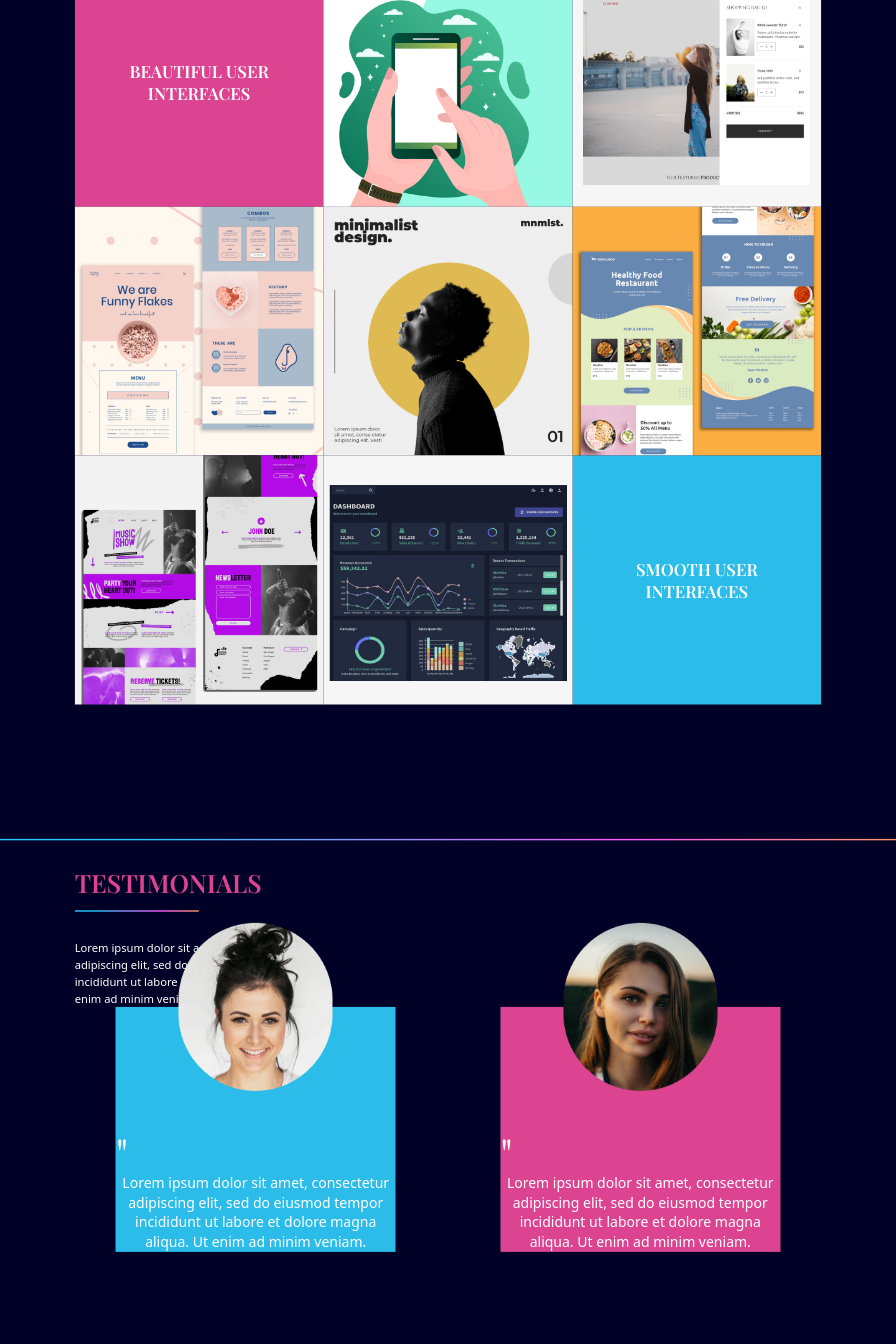
Repository: thibaultNicolas/portfolio-react
Page: /
These files come from the project's save history. The page is drawn as it stood at one moment and after a run of saves; the edit follows.
The browser window is 1280 px wide. The pictures show the part of the page from y = 2039 to 3959 px (the page is 3959 px tall), at 70% of full size.
The project was rebuilt for these pictures with package versions that can differ from the ones it lists, and the page was loaded fresh each time. Also part of the build but not shown: next.config.ts.

Above is the page before, as saved 2023-01-08 12:03:10.

### public/index.html
<!DOCTYPE html>
<html lang="en">

<head>
  <meta charset="utf-8" />
  <link rel="icon" href="%PUBLIC_URL%/favicon.ico" />
  <meta name="viewport" content="width=device-width, initial-scale=1" />
  <meta name="theme-color" content="#000000" />
  <meta name="description" content="Web site created using create-react-app" />
  <link rel="apple-touch-icon" href="%PUBLIC_URL%/logo192.png" />
  <!--
      manifest.json provides metadata used when your web app is installed on a
      user's mobile device or desktop. See https://developers.google.com/web/fundamentals/web-app-manifest/
    -->
  <link rel="manifest" href="%PUBLIC_URL%/manifest.json" />
  <!--
      Notice the use of %PUBLIC_URL% in the tags above.
      It will be replaced with the URL of the `public` folder during the build.
      Only files inside the `public` folder can be referenced from the HTML.

      Unlike "/favicon.ico" or "favicon.ico", "%PUBLIC_URL%/favicon.ico" will
      work correctly both with client-side routing and a non-root public URL.
      Learn how to configure a non-root public URL by running `npm run build`.
    -->
  <title>React App</title>
  <link href="/public/output.css" rel="stylesheet">
</head>

<body>
  <noscript>You need to enable JavaScript to run this app.</noscript>
  <div id="root"></div>
  <!--
      This HTML file is a template.
      If you open it directly in the browser, you will see an empty page.

      You can add webfonts, meta tags, or analytics to this file.
      The build step will place the bundled scripts into the <body> tag.

      To begin the development, run `npm start` or `yarn start`.
      To create a production bundle, use `npm run build` or `yarn build`.
    -->
</body>

</html>

### src/index.css
@import url('https://fonts.googleapis.com/css2?family=Open+Sans:wght@400;600&family=Playfair+Display:wght@400;600&display=swap');

@tailwind base;
@tailwind components;
@tailwind utilities;

html,
body,
#root,
.app{
    height: 100%;
    background-color: #010026;
    @apply text-white;
}

### src/scenes/Navbar.jsx
import { useState } from 'react';
import AnchorLink from 'react-anchor-link-smooth-scroll';
import useMediaQuery from '../hooks/useMediaQuery';

const Link = ({ page, selectedPage, setSelectedPage }) => {
    const lowerCasePage = page.toLowerCase();
    return (
        <AnchorLink
            className={`${selectedPage === lowerCasePage ? 'text-yellow' : ''}
            hover:text-yellow transition duration-500`}
            href={`#${lowerCasePage}`}
            onClick={() => setSelectedPage(lowerCasePage)}
        >
            {page}
        </AnchorLink>
    );
};

const Navbar = ({ isTopOfPage, selectedPage, setSelectedPage }) => {
    const [isMenuToggled, setIsMenuToggled] = useState(false);
    const isAboveSmallScreens = useMediaQuery('(min-width:768px)');
    const navbarBackground = isTopOfPage ? "" : "bg-red";

    return (
        <nav className={`${navbarBackground} z-40 w-full fixed top-0 py-6`}>
            <div className="flex items-center justify-between mx-auto w-5/6">
                <h4 className="font-playfair text-3xl font-bold">NT</h4>

                {/* DESKTOP NAV */}
                {isAboveSmallScreens ? (
                    <div className="flex justify-between gap-16 font-openSans txt-sm font-semibold">
                        <Link
                            page="Home"
                            selectedPage={selectedPage}
                            setSelectedPage={setSelectedPage}
                        />
                        <Link
                            page="Skills"
                            selectedPage={selectedPage}
                            setSelectedPage={setSelectedPage}
                        />
                        <Link
                            page="Projects"
                            selectedPage={selectedPage}
                            setSelectedPage={setSelectedPage}
                        />
                        <Link
                            page="Testimonials"
                            selectedPage={selectedPage}
                            setSelectedPage={setSelectedPage}
                        />
                        <Link
                            page="Contact"
                            selectedPage={selectedPage}
                            setSelectedPage={setSelectedPage}
                        />
                    </div>
                ) : (
                    <button
                        className="rounded-full bg-red p-2"
                        onClick={() => setIsMenuToggled(!isMenuToggled)}
                    >
                        <img src="../assets/menu-icon.svg" alt="menu-icon" />
                    </button>
                )}

                {/* MOBILE MENU POPUP */}
                {!isAboveSmallScreens && isMenuToggled && (
                    <div className="fixed right-0 bottom-0 h-full bg-blue w-[300px]">
                        {/* CLOSE ICON */}
                        <div className="flex justify-end p-12">
                            <button
                                onClick={() => setIsMenuToggled(!isMenuToggled)}
                            >
                                <img
                                    src="../assets/close-icon.svg"
                                    alt="close-icon"
                                />
                            </button>
                        </div>
                        {/* MENU ITEMS */}
                        <div className="flex flex-col gap-10 ml-[33%] text-2xl text-deep-blue">
                            <Link
                                page="Home"
                                selectedPage={selectedPage}
                                setSelectedPage={setSelectedPage}
                            />
                            <Link
                                page="Skills"
                                selectedPage={selectedPage}
                                setSelectedPage={setSelectedPage}
                            />
                            <Link
                                page="Projects"
                                selectedPage={selectedPage}
                                setSelectedPage={setSelectedPage}
                            />
                            <Link
                                page="Testimonials"
                                selectedPage={selectedPage}
                                setSelectedPage={setSelectedPage}
                            />
                            <Link
                                page="Contact"
                                selectedPage={selectedPage}
                                setSelectedPage={setSelectedPage}
                            />
                        </div>
                    </div>
                )}
            </div>
        </nav>
    );
};

export default Navbar;

### src/scenes/DotGroup.jsx
import AnchorLink from 'react-anchor-link-smooth-scroll';
const DotGroup = ({ selectedPage, setSelectedPage }) => {
    const selectedStyles = `relative bg-yellow before:absolute before:w-6 before:h-6
    before:rounded-full before:border-2 before:border-yellow before:left-[-50%]
    before:top-[-50%]`;
    return (
        <div className="flex flex-col gap-6 fixed top-[60%] right-7">
            <AnchorLink
                className={`${selectedPage === 'home' ? selectedStyles : 'bg-dark-grey'}
            w-3 h-3 rounded-full`}
                href="#home"
                onClick={() => setSelectedPage('home')}
            />
            <AnchorLink
                className={`${selectedPage === 'skills' ? selectedStyles : 'bg-dark-grey'}
            w-3 h-3 rounded-full`}
                href="#skills"
                onClick={() => setSelectedPage('skills')}
            />
            <AnchorLink
                className={`${selectedPage === 'projects' ? selectedStyles : 'bg-dark-grey'}
            w-3 h-3 rounded-full`}
                href="#projects"
                onClick={() => setSelectedPage('projects')}
            />
            <AnchorLink
                className={`${selectedPage === 'testimonials' ? selectedStyles : 'bg-dark-grey'}
            w-3 h-3 rounded-full`}
                href="#testimonials"
                onClick={() => setSelectedPage('testimonials')}
            />
            <AnchorLink
                className={`${selectedPage === 'contact' ? selectedStyles : 'bg-dark-grey'}
            w-3 h-3 rounded-full`}
                href="#contact"
                onClick={() => setSelectedPage('contact')}
            />
        </div>
    );
};
export default DotGroup;

### src/scenes/Projects.jsx
import LineGradient from '../components/LineGradient';
import useMediaQuery from '../hooks/useMediaQuery';
import { motion } from 'framer-motion';

const container = {
    hidden: {},
    visible: {
        transition: { staggerChildren: 0.2 },
    },
};

const projectVariant = {
    hidden: { opacity: 0, scale: 0.8 },
    visible: { opacity: 1, scale: 1 },
};

const Project = ({ title }) => {
    const projectTitle = title.split(' ').join('-').toLowerCase();
    const overlayStyles = `absolute h-full w-full opacity-0 hover:opacity-90 transition duration-500 bg-grey z-30 flex flex-col justify-center items-center text-center p-16 text-deep-blue`;

    return (
        <motion.div variants={projectVariant} className="relative">
            <div className={overlayStyles}>
                <p className="text-2xl font-playfair">{title}</p>
                <p className="mt-7">
                    Lorem ipsum dolor sit amet, consectetur adipiscing elit, sed
                    do eiusmod tempor incididunt ut labore et dolore magna
                    aliqua. Ut enim ad minim veniam.
                </p>
            </div>
            <img src={`../assets/${projectTitle}.jpeg`} alt={projectTitle} />
        </motion.div>
    );
};

const Projects = () => {
    const isAboveMediumScreens = useMediaQuery('(min-width:1060px)');

    return (
        <section id="projects" className="pt-48 pb-48">
            {/* HEADINGS */}
            <div className="md:flex md:justify-between md:gap-16 mt-32">
                <motion.div
                    className="md:w-2/5 mx-auto text-center"
                    initial="hidden"
                    whileInView="visible"
                    viewport={{ once: true, amount: 0.5 }}
                    transition={{ duration: 0.5 }}
                    variants={{
                        hidden: { opacity: 0, x: -50 },
                        visible: { opacity: 1, x: 0 },
                    }}
                >
                    <div>
                        <p className="font-playfair font-semibold text-4xl">
                            MY <span className="text-red">PRO</span>JECTS
                        </p>
                        <div className="flex justify-center mt-5">
                            <LineGradient width="w-1/3" />
                        </div>
                    </div>

                    <p className="mt-10 mb-10">
                        Lorem ipsum dolor sit amet, consectetur adipiscing elit,
                        sed do eiusmod tempor incididunt ut labore et dolore
                        magna aliqua. Ut enim ad minim veniam.
                    </p>
                </motion.div>
            </div>
            {/* PROJECTS */}
            <div className="flex justify-center">
                <motion.div
                    className="sm:grid sm:grid-cols-2 md:grid-cols-3"
                    initial="hidden"
                    whileInView="visible"
                    viewport={{ once: true, amount: 0.5 }}
                    variants={container}
                >
                    {/* ROW 1 */}
                    <div className="flex justify-center text-center items-center p-10 bg-red max-w-[400px] max-h-[400px] text-2xl font-playfair font-semibold">
                        BEAUTIFUL USER INTERFACES
                    </div>

                    <Project title="Project 1" />
                    <Project title="Project 2" />

                    {/* ROW 2 */}
                    <Project title="Project 3" />
                    <Project title="Project 4" />
                    <Project title="Project 5" />

                    {/* ROW 3 */}
                    <Project title="Project 6" />
                    <Project title="Project 7" />

                    <div className="flex justify-center text-center items-center p-10 bg-blue max-w-[400px] max-h-[400px] text-2xl font-playfair font-semibold">
                        SMOOTH USER INTERFACES
                    </div>
                </motion.div>
            </div>
        </section>
    );
};
export default Projects;

### src/scenes/Testimonials.jsx
import LineGradient from '../components/LineGradient';
import { motion } from 'framer-motion';

const Testimonials = () => {
    const testimonialsStyles = `mx-auto relative max-w-[400px] h-[350px] flex flex-col justify-end pt-16 ,t-48 before:absolute before:top-[-120px] before:-ml-[110px] before:left-1/2`;

    return (
        <section id="testimonials" className="pt-10 pb-24">
            {/* HEADING */}

            <motion.div
                className="md:w-1/3 text-center md:text-left"
                initial="hidden"
                whileInView="visible"
                viewport={{ once: true, amount: 0.5 }}
                transition={{ duration: 0.5 }}
                variants={{
                    hidden: { opacity: 0, x: -50 },
                    visible: { opacity: 1, x: 0 },
                }}
            >
                <p className="font-playfair font-semibold text-4xl mb-5 text-red">
                    TESTIMONIALS
                </p>
                <LineGradient width="w-2/4" />
                <p className="mt-10">
                    Lorem ipsum dolor sit amet, consectetur adipiscing elit, sed
                    do eiusmod tempor incididunt ut labore et dolore magna
                    aliqua. Ut enim ad minim veniam.
                </p>
            </motion.div>

            {/* TESTIMONIALS */}
            <div className="md:flex md:justify-between gap-8">
                <motion.div
                    className={`bg-blue ${testimonialsStyles} before:content-person1`}
                    initial="hidden"
                    whileInView="visible"
                    viewport={{ once: true, amount: 0.5 }}
                    transition={{ duration: 0.5 }}
                    variants={{
                        hidden: { opacity: 0, x: -50 },
                        visible: { opacity: 1, x: 0 },
                    }}
                >
                    <p className="font-playfair text-6xl">"</p>
                    <p className="text-center text-xl">
                        Lorem ipsum dolor sit amet, consectetur adipiscing elit,
                        sed do eiusmod tempor incididunt ut labore et dolore
                        magna aliqua. Ut enim ad minim veniam.
                    </p>
                </motion.div>
                <motion.div
                    className={`bg-red ${testimonialsStyles} before:content-person2`}
                    initial="hidden"
                    whileInView="visible"
                    viewport={{ once: true, amount: 0.5 }}
                    transition={{delay:0.2, duration: 0.5 }}
                    variants={{
                        hidden: { opacity: 0, x: -50 },
                        visible: { opacity: 1, x: 0 },
                    }}
                >
                    <p className="font-playfair text-6xl">"</p>
                    <p className="text-center text-xl">
                        Lorem ipsum dolor sit amet, consectetur adipiscing elit,
                        sed do eiusmod tempor incididunt ut labore et dolore
                        magna aliqua. Ut enim ad minim veniam.
                    </p>
                </motion.div>
            </div>
        </section>
    );
};
export default Testimonials;

### src/components/LineGradient.jsx
const LineGradient = ({ width = 'w-full' }) => {
    return (
        <div className={`h-0.5 ${width} bg-gradient-rainblue`}>

        </div>
    )
};

export default LineGradient;

### src/hooks/useMediaQuery.jsx
import { useState, useEffect } from 'react';

const useMediaQuery = (query) => {
    const [matches, setMatches] = useState(false);

    useEffect(() => {
        const media = window.matchMedia(query);
        if (media.matches !== matches) {
            setMatches(media.matches);
        }
        const listener = () => setMatches(media.matches);
        window.addEventListener('resize', listener);
        return () => window.removeEventListener('resize', listener);
    }, [matches, query]);

    return matches;
};

export default useMediaQuery;

### src/components/SocialMediaIcons.jsx

const SocialMediaIcons = () =>{
    return (
        <div className="flex justify-center md:justify-start my-10 gap-7">
            <a
            className="hover:opacity-50 transition duration-500"
            href="https://www.linkedin.com/in/nicolas-thibault-6652b9194/"
            target="_blank"
            rel="noreferrer">
                <img src="../assets/linkedin.png" alt="linkedin-link" />
            </a>
            <a
            className="hover:opacity-50 transition duration-500"
            href="https://www.facebook.com/nicolas.thibault3/"
            target="_blank"
            rel="noreferrer">
                <img src="../assets/facebook.png" alt="facebook-link" />
            </a>
            <a
            className="hover:opacity-50 transition duration-500"
            href="https://www.instagram.com/nicolasthibault_/"
            target="_blank"
            rel="noreferrer">
                <img src="../assets/instagram.png" alt="instagram-link" />
            </a>
        </div>
    )
}
export default SocialMediaIcons;

Loaded but not shown: src/index.js (common file); src/App.js (53 lines, source omitted); tailwind.config.js (41 lines, source omitted); public/output.css (740 lines, source omitted); src/scenes/MySkills.jsx (144 lines, source omitted); src/scenes/Landing.jsx (111 lines, source omitted)

After the next 2 saves:
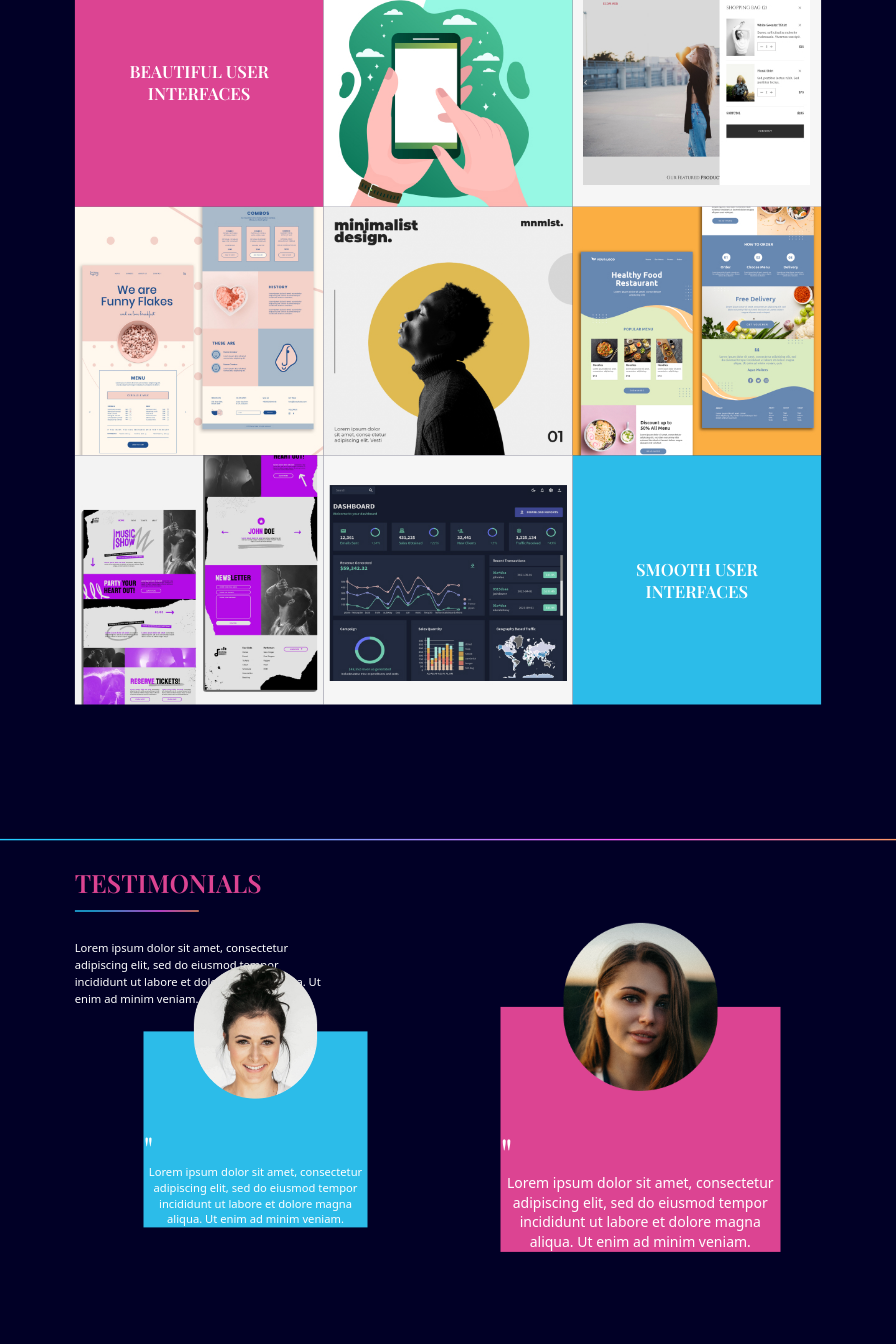
The 2 saves are shown as one change because they came seconds apart.
The last was saved 14 s later.
--- a/src/scenes/Testimonials.jsx
+++ b/src/scenes/Testimonials.jsx
@@ -39,7 +39,7 @@
                     viewport={{ once: true, amount: 0.5 }}
                     transition={{ duration: 0.5 }}
                     variants={{
-                        hidden: { opacity: 0, x: -50 },
+                        hidden: { opacity: 0, scale:0.8 },
                         visible: { opacity: 1, x: 0 },
                     }}
                 >

After the 2 saves that followed:
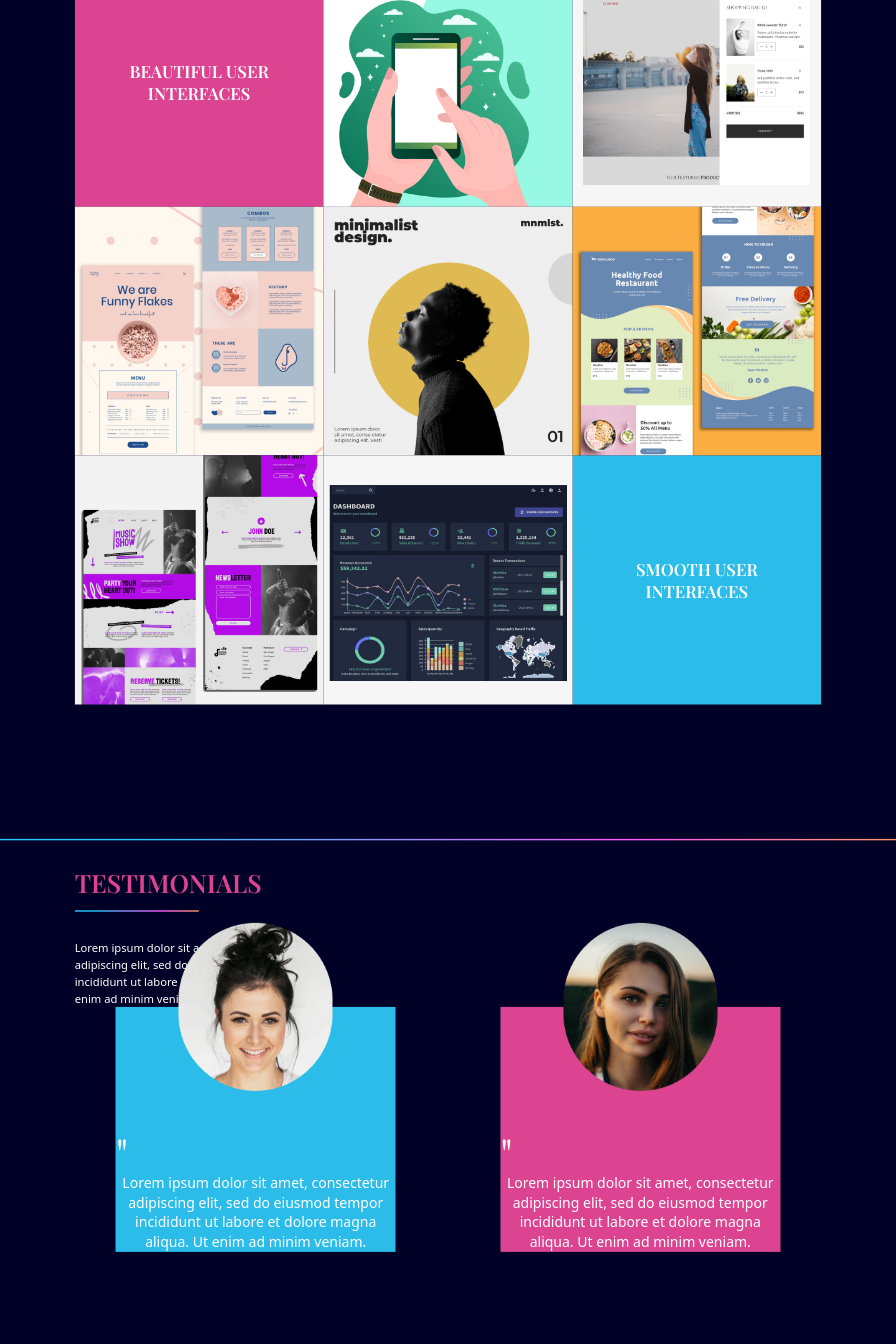
The 2 saves are shown as one change because they came seconds apart.
The last was saved 5 s later.
--- a/src/scenes/Testimonials.jsx
+++ b/src/scenes/Testimonials.jsx
@@ -40,7 +40,7 @@
                     transition={{ duration: 0.5 }}
                     variants={{
                         hidden: { opacity: 0, scale:0.8 },
-                        visible: { opacity: 1, x: 0 },
+                        visible: { opacity: 1, scale: 1 },
                     }}
                 >
                     <p className="font-playfair text-6xl">"</p>
